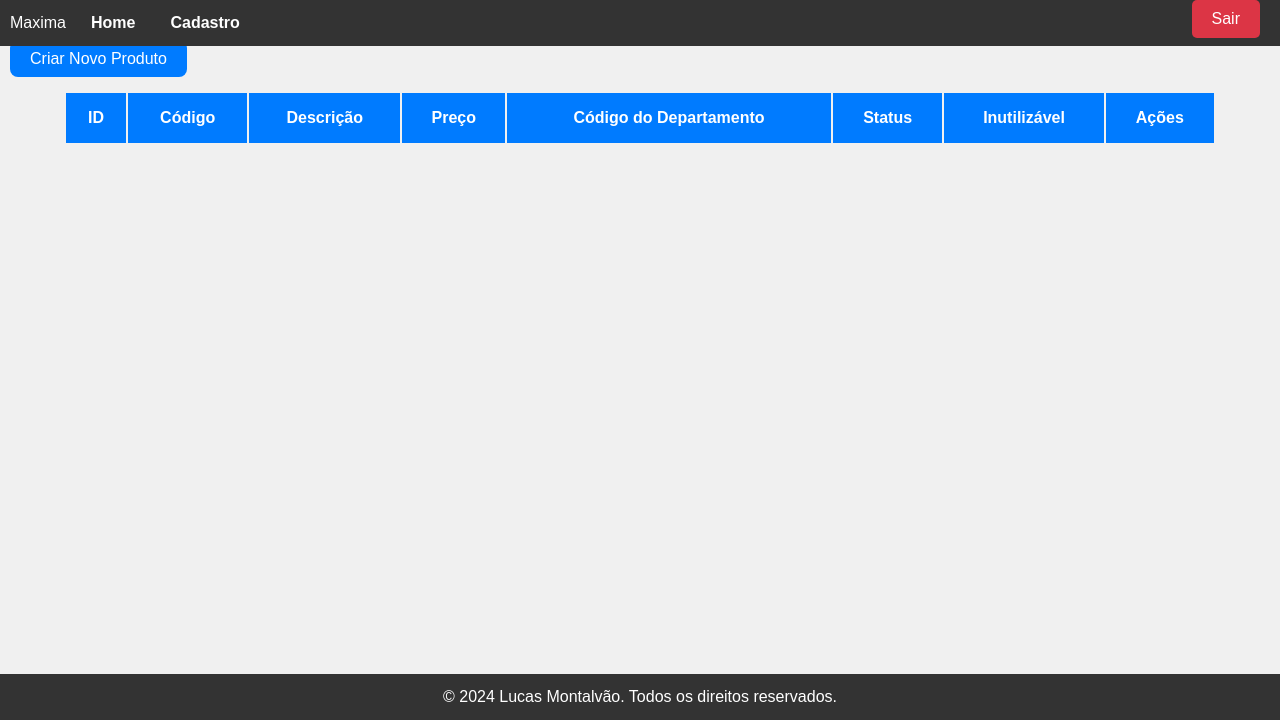
Repository: LucasMontalvao1/ProjetoMaxima
Page: /produto (app in AngularMaxima/)
An editor plug-in stored every save of this project. The page is shown before and after a run of saves, followed by the edit.
The browser window is 1280 px wide. The pictures show the whole page.
The page's requests for data from a server got no answer. The project was rebuilt for these pictures with package versions that can differ from the ones it lists, and the page was loaded fresh each time. No one was signed in, and anything a server would have sent is missing. Also part of the build but not shown: AngularMaxima/angular.json, AngularMaxima/src/app/pages/login/login.component.ts, AngularMaxima/src/app/pages/home/home.component.ts.

Above is the page before, as saved 2024-07-14 20:15:07.

After the next 2 saves:
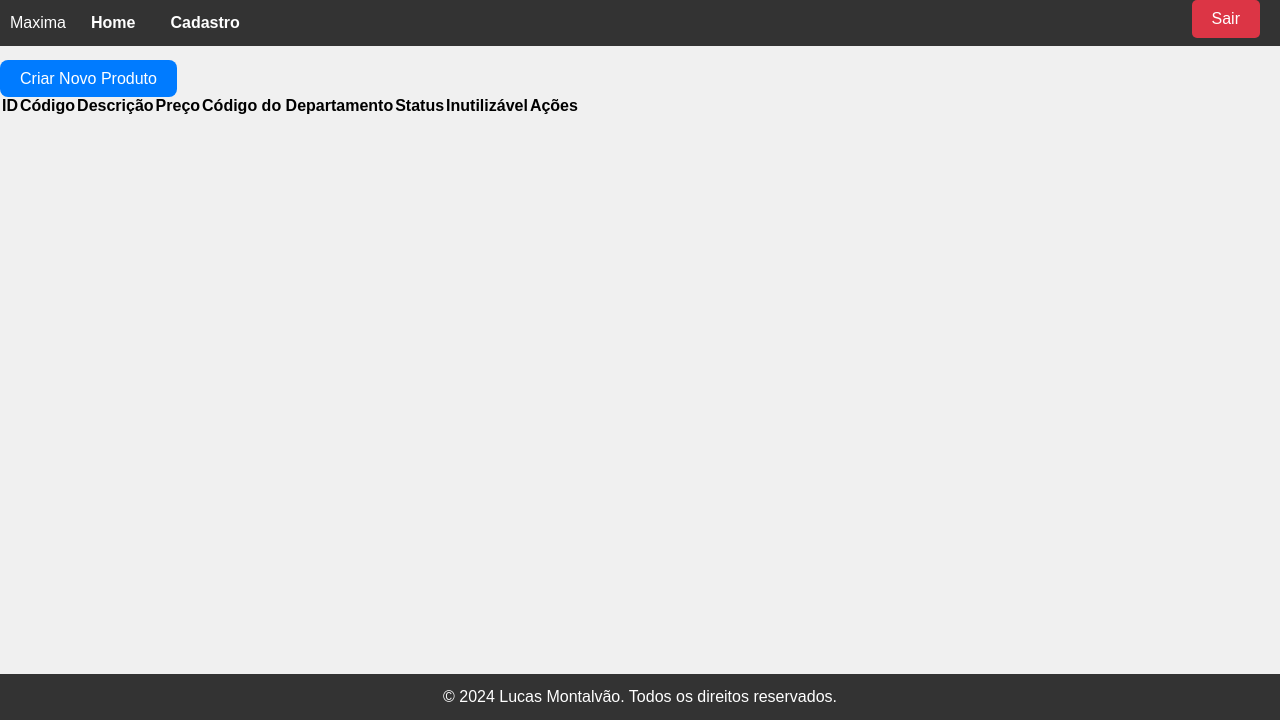
The 2 saves are shown as one change because they came seconds apart.
The last was saved 12 s later.
--- a/AngularMaxima/src/app/pages/produto/produto.component.css
+++ b/AngularMaxima/src/app/pages/produto/produto.component.css
@@ -1,60 +1,62 @@
-.table {
-  width: 90%;
-  margin: 20px auto; /* Centraliza a tabela com margem */
+.btn-create-espaco {
+  margin-top: 20px;
 }
 
-.table th, .table td {
-  text-align: center;
-  padding: 12px; /* Aumenta o padding para dar mais espaço nos botões */
+.btn-criar {
+  background-color: #007BFF;
+  color: white;
+  border: none;
+  padding: 10px 20px;
+  border-radius: 8px;
+  cursor: pointer;
+  text-decoration: none;
 }
 
-.table th {
-  background-color: #007BFF; /* Cor azul para o cabeçalho */
+.btn-criar:hover {
+  background-color: #0056b3;
+}
+
+.custom-table {
+  width: 90%;
+  margin: 20px auto;
+}
+
+.custom-table th, .custom-table td {
+  text-align: center;
+  padding: 12px;
+}
+
+.custom-table th {
+  background-color: #007BFF;
   color: white;
   font-size: 16px;
   font-weight: bold;
 }
 
-.table td {
-  background-color: #f8f9fa; /* Cor de fundo das células */
+.custom-table td {
+  background-color: #f8f9fa;
 }
 
-.table .btn {
-  border-radius: 8px; /* Borda arredondada */
+.custom-table .btn {
+  border-radius: 8px;
   margin-right: 15px;
-  padding: 10px 16px; /* Aumenta o padding para deixar os botões maiores */
-  cursor: pointer; /* Define o cursor como ponteiro para indicar que é clicável */
+  padding: 10px 16px;
 }
 
-.table .btn-primary {
-  background-color: #007BFF; /* Cor azul para os botões "Editar" e "Detalhes" */
+.custom-table .btn-primary {
+  background-color: #007BFF;
   color: white;
 }
 
-.table .btn-primary:hover {
-  background-color: #0056b3; /* Cor mais escura ao passar o mouse */
+.custom-table .btn-primary:hover {
+  background-color: #0056b3;
 }
 
-.table .btn-danger {
-  background-color: #dc3545; /* Cor vermelha para o botão "Apagar" */
+.custom-table .btn-danger {
+  background-color: #dc3545;
   color: white;
 }
 
-.table .btn-danger:hover {
-  background-color: #c82333; /* Cor mais escura ao passar o mouse */
+.custom-table .btn-danger:hover {
+  background-color: #c82333;
 }
-
-.btn-criar {
-  background-color: #007BFF; /* Cor azul para o botão "Criar Novo Produto" */
-  color: white;
-  border: none;
-  padding: 10px 20px;
-  border-radius: 8px;
-  cursor: pointer;
-  text-decoration: none; /* Remove sublinhado padrão para links */
-  margin: 10px; /* Espaçamento ao redor do botão */
-}
-
-.btn-criar:hover {
-  background-color: #0056b3; /* Cor mais escura ao passar o mouse */
-}

After the save that followed:
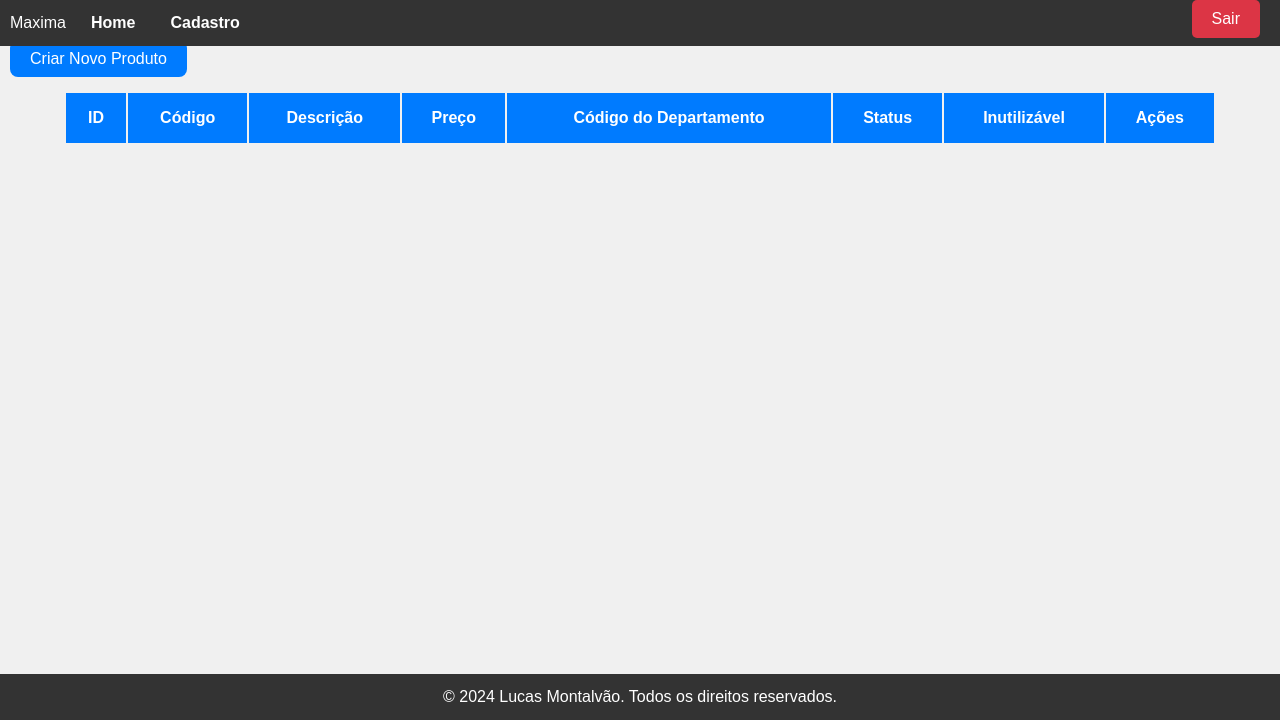
Saved 11 s later.
--- a/AngularMaxima/src/app/pages/produto/produto.component.css
+++ b/AngularMaxima/src/app/pages/produto/produto.component.css
@@ -1,62 +1,60 @@
-.btn-create-espaco {
-  margin-top: 20px;
+.table {
+  width: 90%;
+  margin: 20px auto; /* Centraliza a tabela com margem */
+}
+
+.table th, .table td {
+  text-align: center;
+  padding: 12px; /* Aumenta o padding para dar mais espaço nos botões */
+}
+
+.table th {
+  background-color: #007BFF; /* Cor azul para o cabeçalho */
+  color: white;
+  font-size: 16px;
+  font-weight: bold;
+}
+
+.table td {
+  background-color: #f8f9fa; /* Cor de fundo das células */
+}
+
+.table .btn {
+  border-radius: 8px; /* Borda arredondada */
+  margin-right: 15px;
+  padding: 10px 16px; /* Aumenta o padding para deixar os botões maiores */
+  cursor: pointer; /* Define o cursor como ponteiro para indicar que é clicável */
+}
+
+.table .btn-primary {
+  background-color: #007BFF; /* Cor azul para os botões "Editar" e "Detalhes" */
+  color: white;
+}
+
+.table .btn-primary:hover {
+  background-color: #0056b3; /* Cor mais escura ao passar o mouse */
+}
+
+.table .btn-danger {
+  background-color: #dc3545; /* Cor vermelha para o botão "Apagar" */
+  color: white;
+}
+
+.table .btn-danger:hover {
+  background-color: #c82333; /* Cor mais escura ao passar o mouse */
 }
 
 .btn-criar {
-  background-color: #007BFF;
+  background-color: #007BFF; /* Cor azul para o botão "Criar Novo Produto" */
   color: white;
   border: none;
   padding: 10px 20px;
   border-radius: 8px;
   cursor: pointer;
-  text-decoration: none;
+  text-decoration: none; /* Remove sublinhado padrão para links */
+  margin: 10px; /* Espaçamento ao redor do botão */
 }
 
 .btn-criar:hover {
-  background-color: #0056b3;
+  background-color: #0056b3; /* Cor mais escura ao passar o mouse */
 }
-
-.custom-table {
-  width: 90%;
-  margin: 20px auto;
-}
-
-.custom-table th, .custom-table td {
-  text-align: center;
-  padding: 12px;
-}
-
-.custom-table th {
-  background-color: #007BFF;
-  color: white;
-  font-size: 16px;
-  font-weight: bold;
-}
-
-.custom-table td {
-  background-color: #f8f9fa;
-}
-
-.custom-table .btn {
-  border-radius: 8px;
-  margin-right: 15px;
-  padding: 10px 16px;
-}
-
-.custom-table .btn-primary {
-  background-color: #007BFF;
-  color: white;
-}
-
-.custom-table .btn-primary:hover {
-  background-color: #0056b3;
-}
-
-.custom-table .btn-danger {
-  background-color: #dc3545;
-  color: white;
-}
-
-.custom-table .btn-danger:hover {
-  background-color: #c82333;
-}
